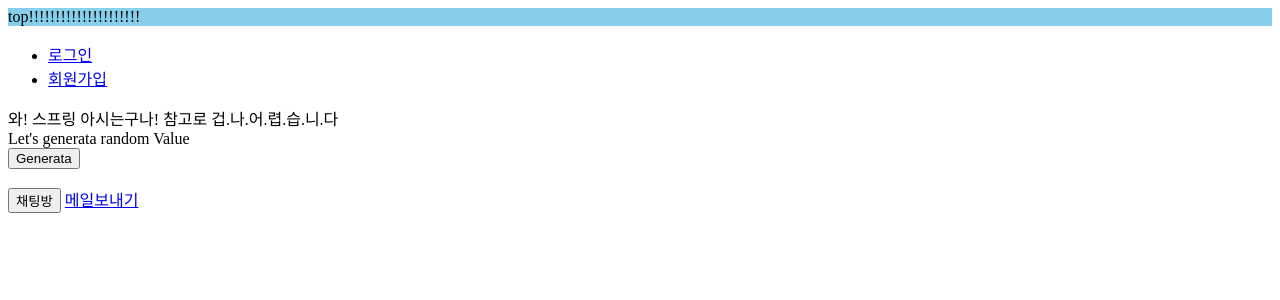
Repository: gkawlals/Spring_Project
Page: http://localhost/SpringPRJ/WEB-INF/view/index.jsp
An editor plug-in stored every save of this project. The page is shown before and after the next save, followed by the edit.
The browser window is 1280 px wide. The pictures show the whole page.
The page is served by Tomcat 9. Nobody is signed in. Other server files are loaded and not shown. The template is opened directly, without the code that normally fills it, so the values that code supplies are empty.

Above is the page before, as saved 2020-10-11 10:29:26.

### SpringPRJ/WebContent/WEB-INF/view/index.jsp
<%@ page language="java" contentType="text/html; charset=UTF-8"
	pageEncoding="UTF-8"%>
<!DOCTYPE html PUBLIC "-//W3C//DTD HTML 4.01 Transitional//EN" "http://www.w3.org/TR/html4/loose.dtd">
<html>
<head>
<script type="text/javascript">
	function innerHTMLTest(){
			alert("test")
			var randValNode = document.getElementById("rand_val");
			randValNode.innerHTML = " <b> <font color= 'red' >"+ Math.random() + " </font> </b> ";
	}

</script>
<meta http-equiv="Content-Type" content="text/html; charset=UTF-8">
<title>Insert title here</title>
<style>
table, th, td {
	border: 1px solid black;
}
</style>
</head>
<body>
	<!-- top 시작 -->
	<div>
	<%@ include file="/WEB-INF/view/user/top.jsp" %>
	</div>
	<!-- top 끝 -->
	와! 스프링 아시는구나! 참고로 겁.나.어.렵.습.니.다
			<div id="rand_val"> Let's generata random Value</div>
			<button onclick="innerHTMLTest()">Generata</button>
			<br><br>
			<button onclick="location.href='/chat.do'">채팅방 </button>
			<a href="/mail/sendMail.do">메일보내기</a>
</body>
</html>

### SpringPRJ/WebContent/WEB-INF/view/user/top.jsp
<%@ page language="java" contentType="text/html; charset=UTF-8"
	pageEncoding="UTF-8"%>
<%@page import="poly.util.CmmUtil"%>
<%
    	String name = CmmUtil.nvl ((String)session.getAttribute("name"));
%>
<!DOCTYPE html>
<html>
<head>
<meta charset="UTF-8">
<title>Insert title here</title>
</head>
<body>
	<div style="background-color: skyblue">
	top!!!!!!!!!!!!!!!!!!!!!
	</div>
	<ul>
		<li>
			<%if(name.isEmpty()){ %>
			<a href="/user/userLogin.do"> 로그인 </a>
			<% } else { %>
			<%=name %>님 환영합니다! <a href="/user/userLogout.do"> 로그아웃 </a>
			 <%} %>
		</li>
		<li>
			 <a href="/user/userinsert.do"> 회원가입 </a>
		</li>
	</ul>
</body>
</html>

### SpringPRJ/src/poly/util/CmmUtil.java
package poly.util;

import java.util.logging.Logger;
import java.util.regex.Matcher;
import java.util.regex.Pattern;

public class CmmUtil {

	public static String nvl(String str, String chg_str) {
		String res;

		if (str == null) {
			res = chg_str;
		} else if (str.equals("")) {
			res = chg_str;
		} else {
			res = str;
		}
		return res;
	}

	public static String nvl(String str){
		return nvl(str,"");
	}

	public static String checked(String str, String com_str){
		if(str.equals(com_str)){
			return " checked";
		}else{
			return "";
		}
	}

	public static String checked(String[] str, String com_str){
		for(int i=0;i<str.length;i++){
			if(str[i].equals(com_str))
				return " checked";
		}
		return "";
	}

	public static String select(String str,String com_str){
		if(str.equals(com_str)){
			return " selected";
		}else{
			return "";
		}
	}

	public static String pwck ( String password) {
		String strResult = "";

		if ( password == null || password.equals(""))return "1";
		if ( password.length() < 8 ) return "2";

		try {

			Pattern pAlpabetLow = null; // 소문자 받기
			Pattern pAlpabetUp = null; // 대문자 받ㅂ기
			Pattern pNumber = null; // 숫자 받기
			Pattern pSpecialChar = null; // 특수문자 받기
			Matcher math;
			int nCharType = 0;

			pAlpabetLow.compile("[a-z");
			pAlpabetUp.compile("[A-Z]");
			pNumber.compile("[0-9]");
			pSpecialChar.compile("[#?!@$%^&*-+|()\\'`,./><]");

			math = pAlpabetLow.matcher(password);
			if(math.find()) {
				System.out.println(" pAlpabetLow start !");
				nCharType++ ;
			}
			math = pAlpabetUp.matcher(password);
			if(math.find()) {

				System.out.println(" pAlpabetUp start !");
				nCharType++ ;
			}
			math = pNumber.matcher(password);
			if(math.find()) {

				System.out.println(" pNumber start !");
				nCharType++ ;
			}
			math = pSpecialChar.matcher(password);
			if(math.find()) {
				System.out.println(" pSecialChar start !");
				nCharType++ ;
			}


		}catch (Exception e ){
			strResult = "99";
		}
		return null;
	}
}

After the next save:
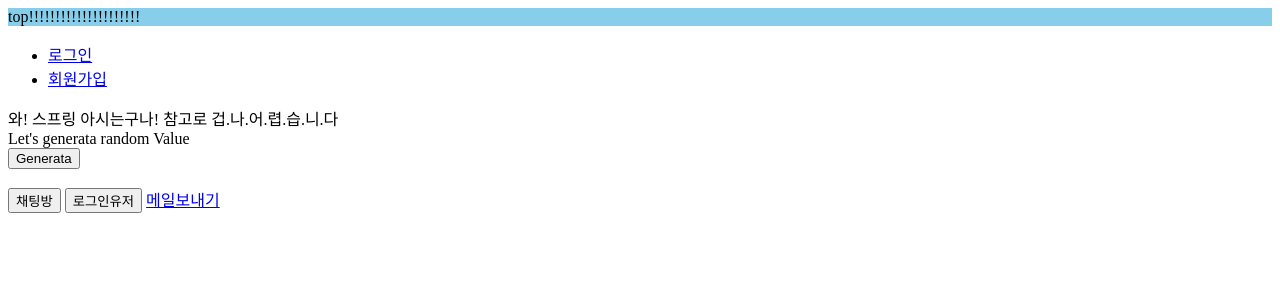
Saved 2 min 2 s later.
--- a/SpringPRJ/WebContent/WEB-INF/view/index.jsp
+++ b/SpringPRJ/WebContent/WEB-INF/view/index.jsp
@@ -30,6 +30,9 @@ table, th, td {
 			<button onclick="innerHTMLTest()">Generata</button>
 			<br><br>
 			<button onclick="location.href='/chat.do'">채팅방 </button>
+			<!-- 현제 로그인 유저를 알수 없어 로그아웃 유저 불러오기  -->
+			<button onclick="location.href='/user/UserList.co'">로그인유저 </button>
+
 			<a href="/mail/sendMail.do">메일보내기</a>
 </body>
 </html>
